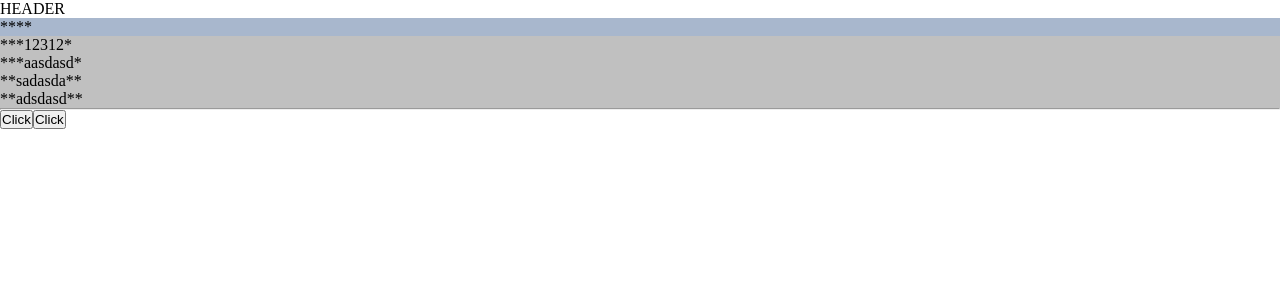
Repository: YuraKrvz/my_weather2
Page: /
The author's editor kept a copy of each file at every save. The page is drawn from the files as they stood at one save, then again after a run of saves.
The browser window is 1280 px wide. The pictures show the whole page.
The project was rebuilt for these pictures with package versions that can differ from the ones it lists, and the page was loaded fresh each time.

Above is the page before, as saved 2022-01-25 16:19:33.

After the next 2 saves:
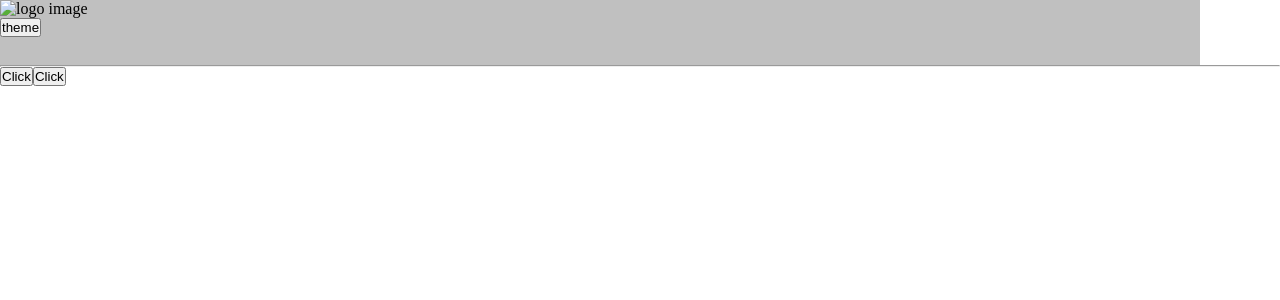
The 2 saves are shown as one change because 1 did not build or start.
The last was saved 47 s later.
--- a/src/App.js
+++ b/src/App.js
@@ -1,4 +1,5 @@
 import s from './app.module.css';
+import Header from './components/header/Header';
 
 import useTheme from './hooks/useTheme';
 
@@ -7,15 +8,7 @@
 
   return (
     <div className={s.app}>
-     <header>HEADER</header>
-
-     <ul className={s.class__ul}>
-      <li className={s.class__li}>****</li>
-      <li>***12312*</li>
-      <li>***aasdasd*</li>
-      <li>**sadasda**</li>
-      <li>**adsdasd**</li>
-     </ul>
+     <Header />
 
      <hr />
 
--- a/src/components/header/Header.jsx
+++ b/src/components/header/Header.jsx
@@ -1,4 +1,5 @@
 import React from 'react';
+import s from './Header.module.css';
 
 export default function Header() {
   return (
